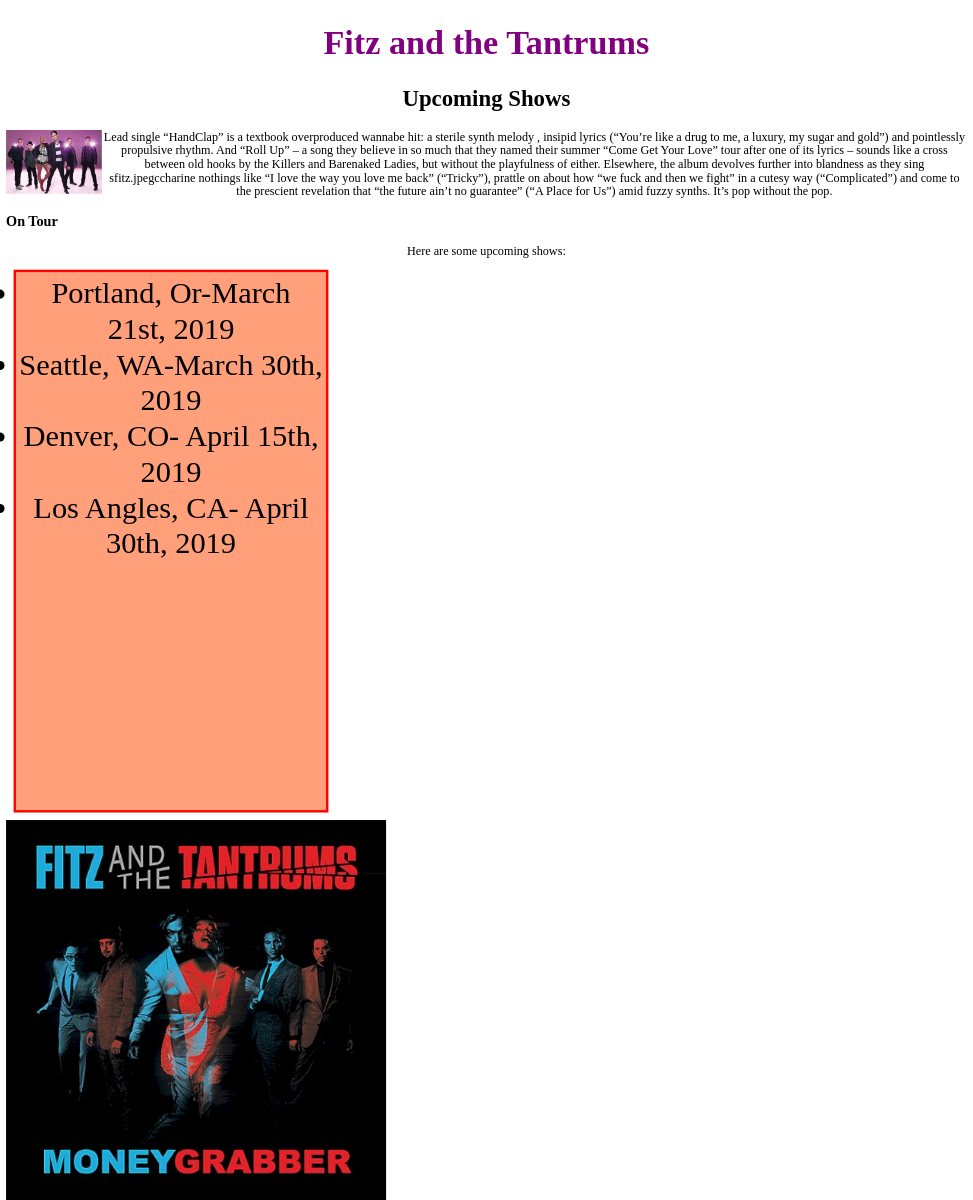
Repository: fieldceleste/Best-Vacation
Page: Desktop/favorite-band/favorite-band.html
An editor plug-in stored every save of this project. The page is shown before and after the next save, followed by the edit.
The browser window is 1280 px wide. The pictures show the whole page, at 76% of full size.

Above is the page before, as saved 2019-10-28 18:28:58.

After the next save:
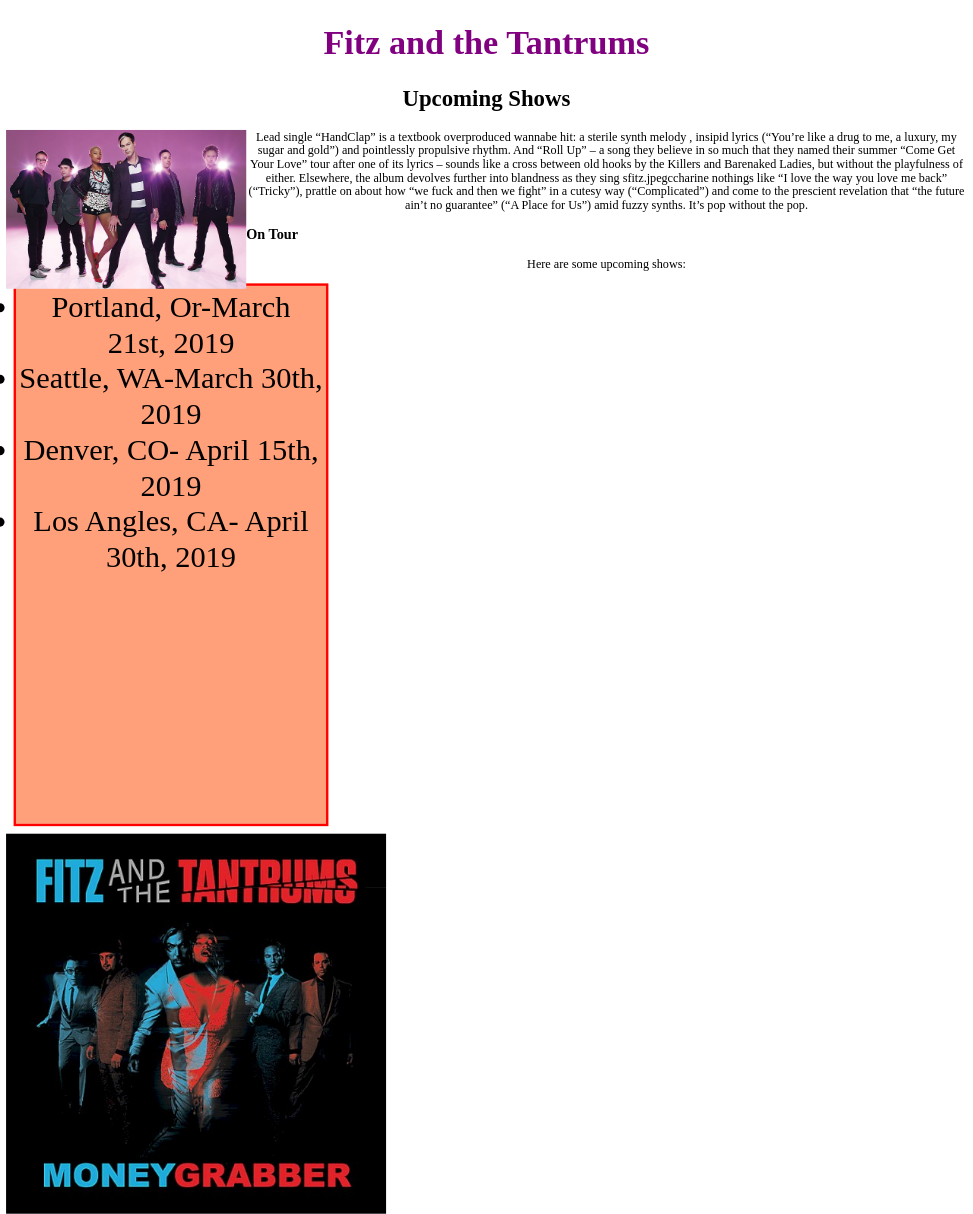
Saved 9 s later.
--- a/Desktop/favorite-band/css/styles.css
+++ b/Desktop/favorite-band/css/styles.css
@@ -11,7 +11,7 @@
 .img {
 
     float:left;
-    width: 10%;
+    width: 25%;
 }
 
 ul.special {
